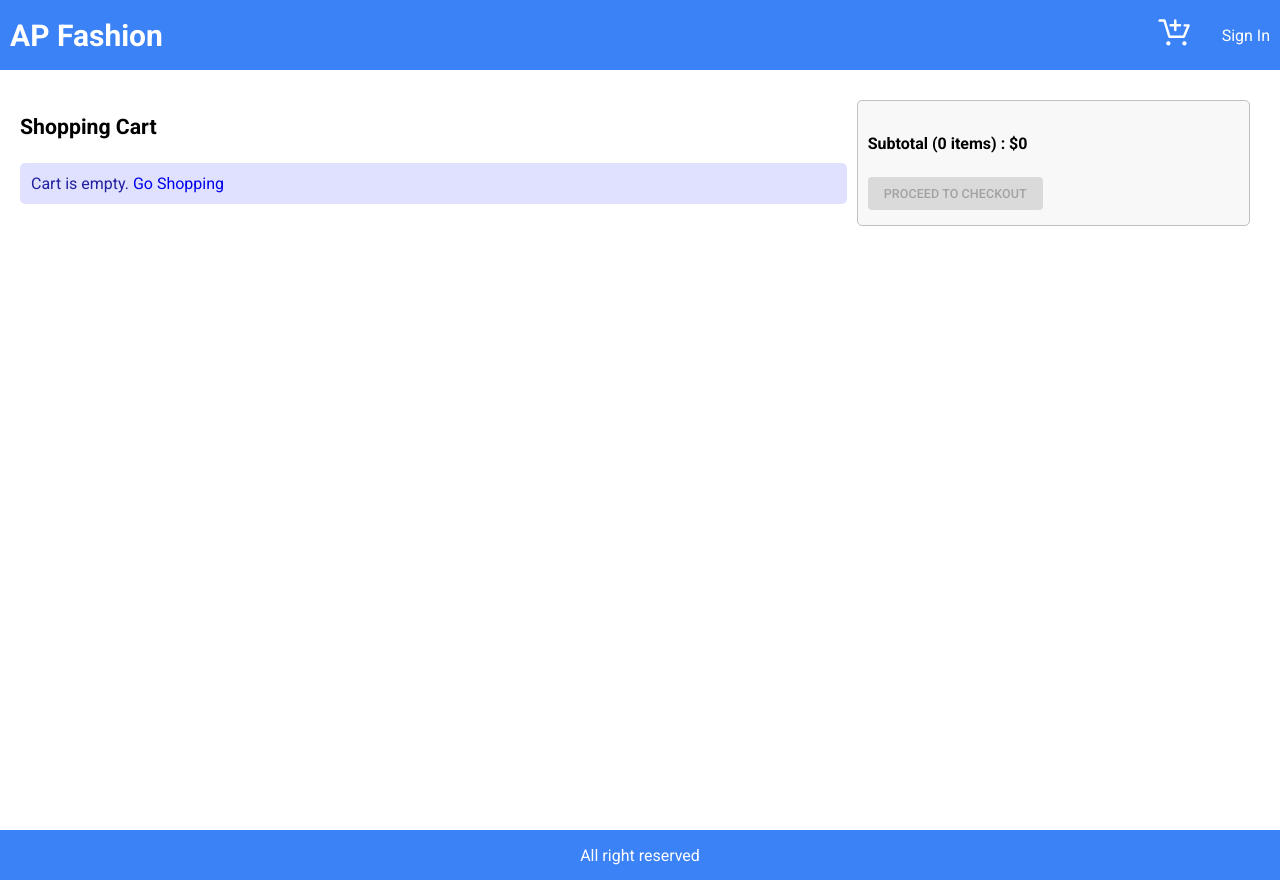
Repository: rexhep/e-commerce
Page: /cart (app in frontend/)
The author's editor kept a copy of each file at every save. The page is drawn from the files as they stood at one save, then again after the next save.
The browser window is 1280 px wide. The pictures show the whole page.
The project was rebuilt for these pictures with package versions that can differ from the ones it lists, and the page was loaded fresh each time. Also part of the build but not shown: frontend/src/actions/userActions.js, frontend/src/components/clientHeader/ClientHeader.jsx, frontend/src/components/Rating.js, frontend/src/components/Product.js, frontend/src/components/LoadingBox.js, frontend/src/actions/productActions.js, frontend/src/components/clientHeader/HeaderSlider.jsx, frontend/src/pages/HomePage.js and 21 more.

Above is the page before, as saved 2021-10-13 01:25:08.

After the next save:
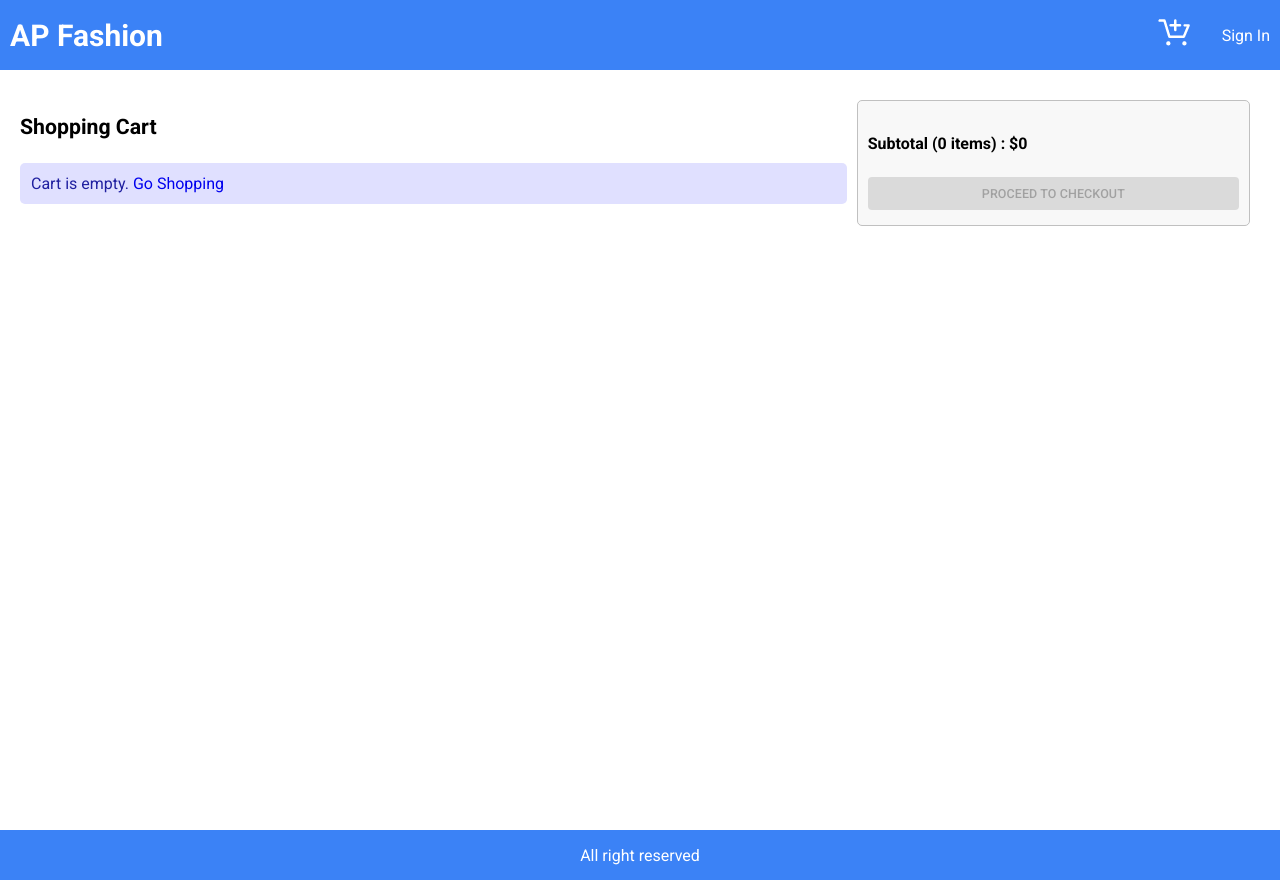
Saved 30 s later.
--- a/frontend/src/pages/CartPage.js
+++ b/frontend/src/pages/CartPage.js
@@ -28,6 +28,7 @@ const useStyles = makeStyles((theme) => {
             fontSize: theme.typography.h6.fontSize,
             fontWeight: theme.typography.h6.fontWeight,
             letterSpacing: theme.typography.h6.letterSpacing,
+            width: '100%',
 
             '&:hover': {
                 background: orange[900],
